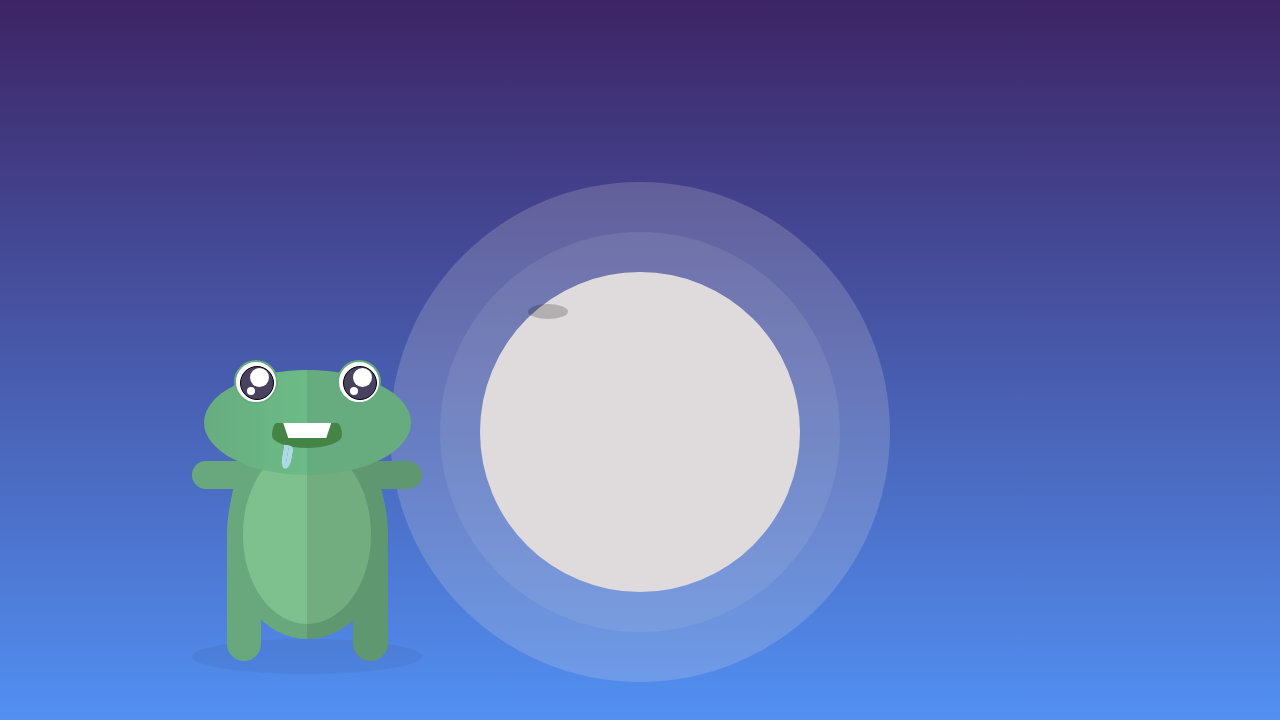
Repository: celinakhalife/cssCharacterDesign
Page: /
An editor plug-in stored every save of this project. The page is shown before and after the next save, followed by the edit.
The browser window is 1280 px wide. The pictures show the whole page.
The project was rebuilt for these pictures with package versions that can differ from the ones it lists, and the page was loaded fresh each time. Also part of the build but not shown: angular.json.

Above is the page before, as saved 2018-10-21 13:12:50.

After the next save:
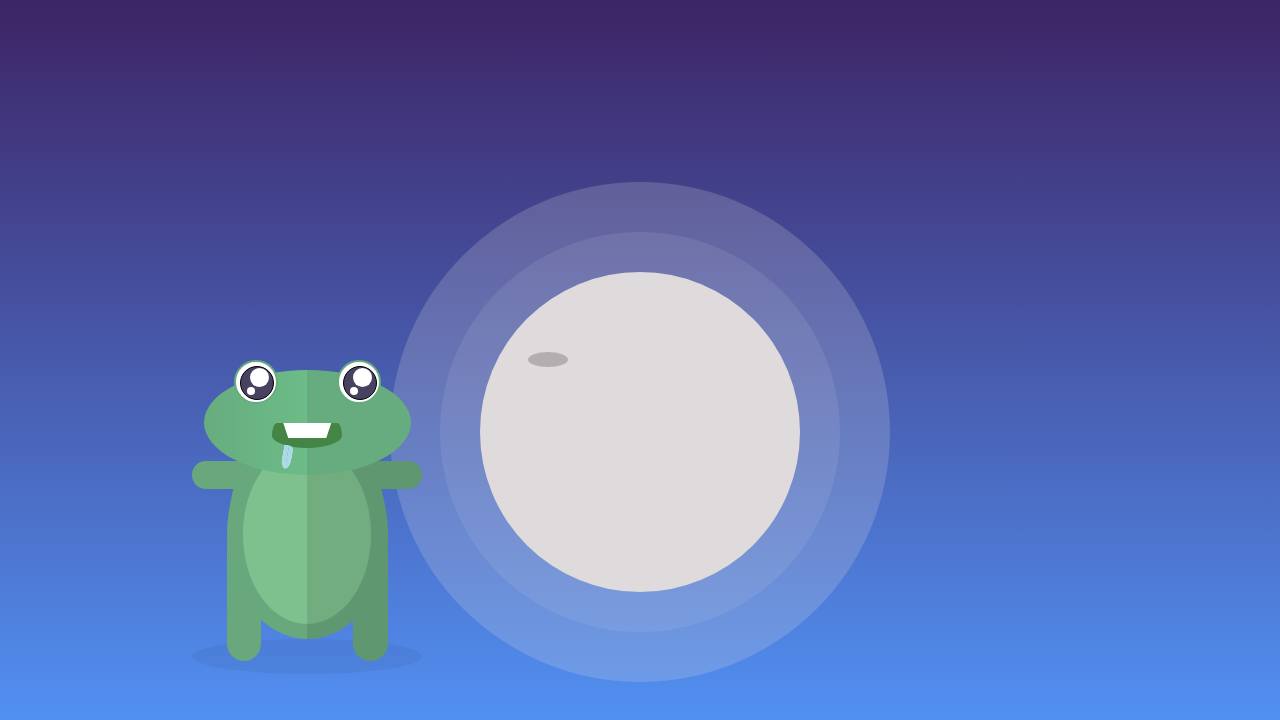
Saved 7 s later.
--- a/src/app/app.component.scss
+++ b/src/app/app.component.scss
@@ -53,7 +53,7 @@
           background-color: rgba(0, 0, 0, 0.2);
           border-radius: 50%;
           position: absolute;
-          top: 10%;
+          top: 25%;
           left: 15%;
         }
       }
